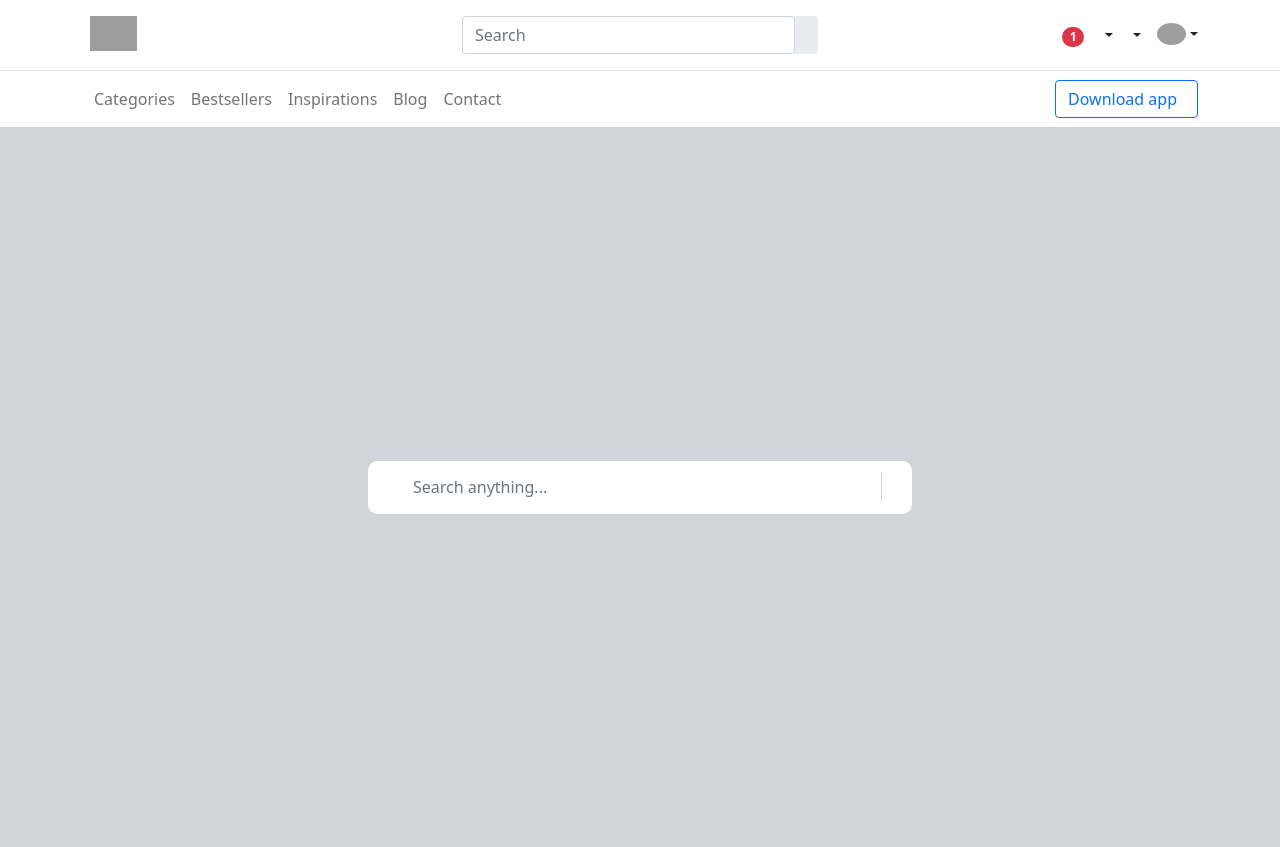
Repository: AlisaSkryp/photoblog
Page: index.html
An editor plug-in stored every save of this project. The page is shown before and after the next save, followed by the edit.
The browser window is 1280 px wide. The pictures show the whole page.
Pictures or frames that could not be fetched are drawn as grey boxes.

Above is the page before, as saved 2023-04-09 18:38:10.

After the next save:
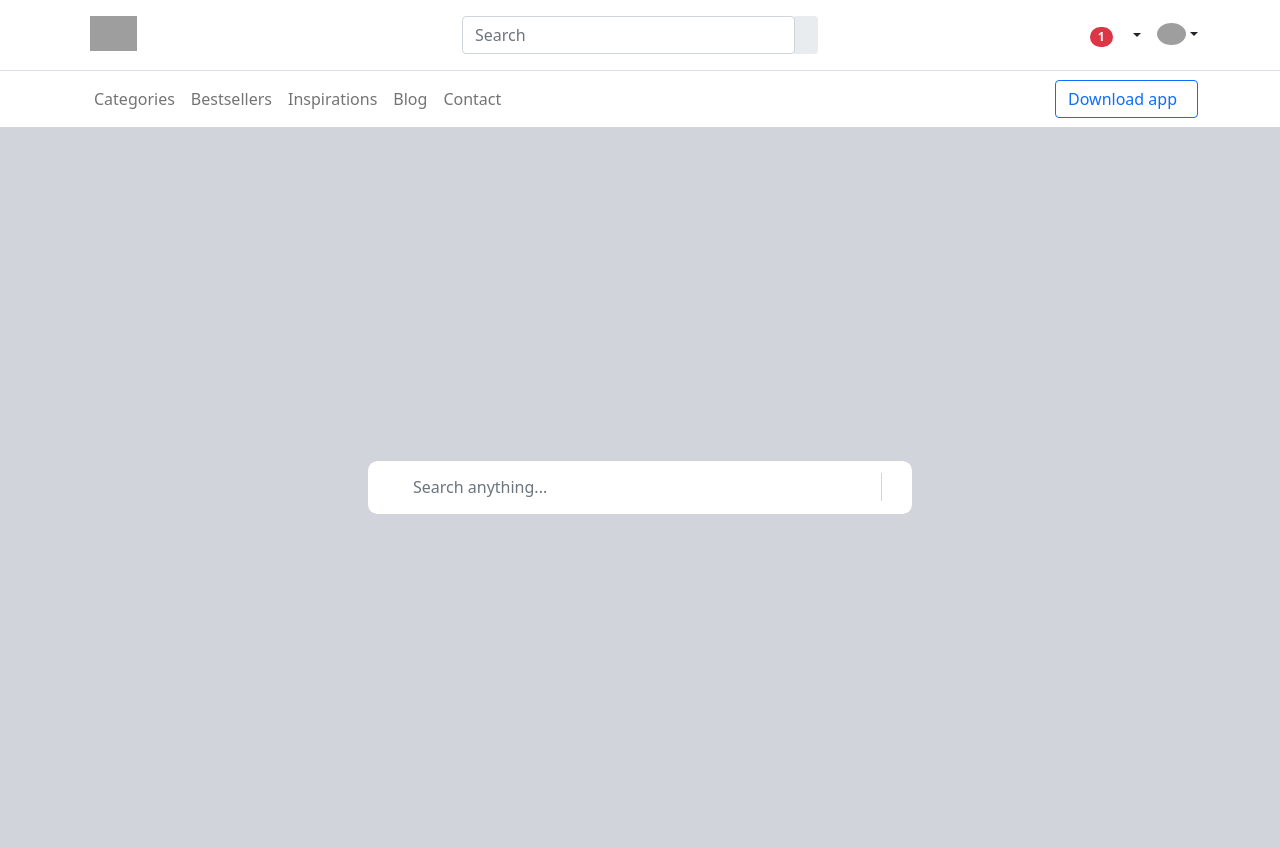
Saved 79 s later.
--- a/index.html
+++ b/index.html
@@ -42,20 +42,7 @@
               <span class="badge rounded-pill badge-notification bg-danger">1</span>
             </a>
 
-            <!-- Notification -->
-            <div class="dropdown">
-              <a class="text-reset me-3 dropdown-toggle hidden-arrow" href="#" id="navbarDropdownMenuLink"
-                role="button" data-mdb-toggle="dropdown" aria-expanded="false">
-                <i class="fas fa-bell"></i>
-              </a>
-              <ul class="dropdown-menu dropdown-menu-end" aria-labelledby="navbarDropdownMenuLink">
-                <li><a class="dropdown-item" href="#">Some news</a></li>
-                <li><a class="dropdown-item" href="#">Another news</a></li>
-                <li>
-                  <a class="dropdown-item" href="#">Something else here</a>
-                </li>
-              </ul>
-            </div>
+
 
             <!-- Languages -->
             <div class="dropdown">
